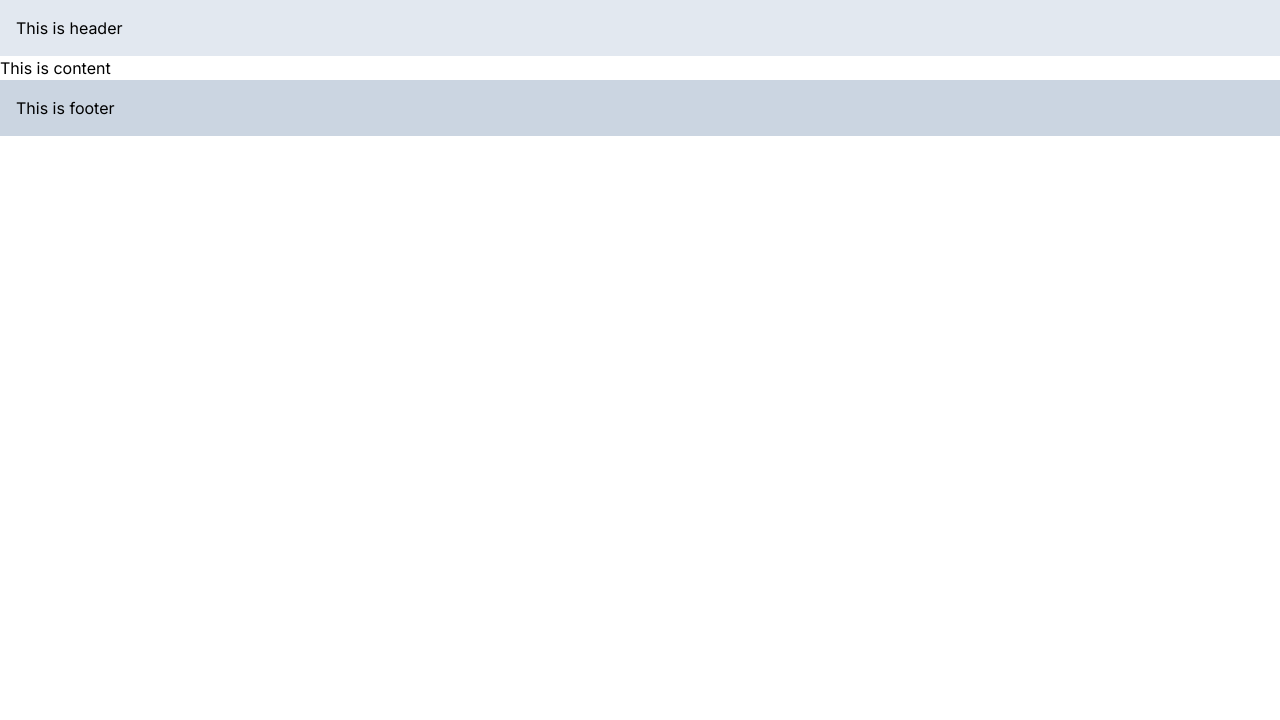
Repository: nirazanbasnet/test-react-swipeable
Page: /
These files come from the project's save history. The page is drawn as it stood at one moment and after a run of saves; the edit follows.
The browser window is 1280 px wide. The pictures show the whole page.
The project was rebuilt for these pictures with package versions that can differ from the ones it lists, and the page was loaded fresh each time. The framework's server and built-in components were replaced by stand-ins that run in the browser. Also part of the build but not shown: next.config.mjs.

Above is the page before, as saved 2024-02-07 09:44:01.

After the next 3 saves:
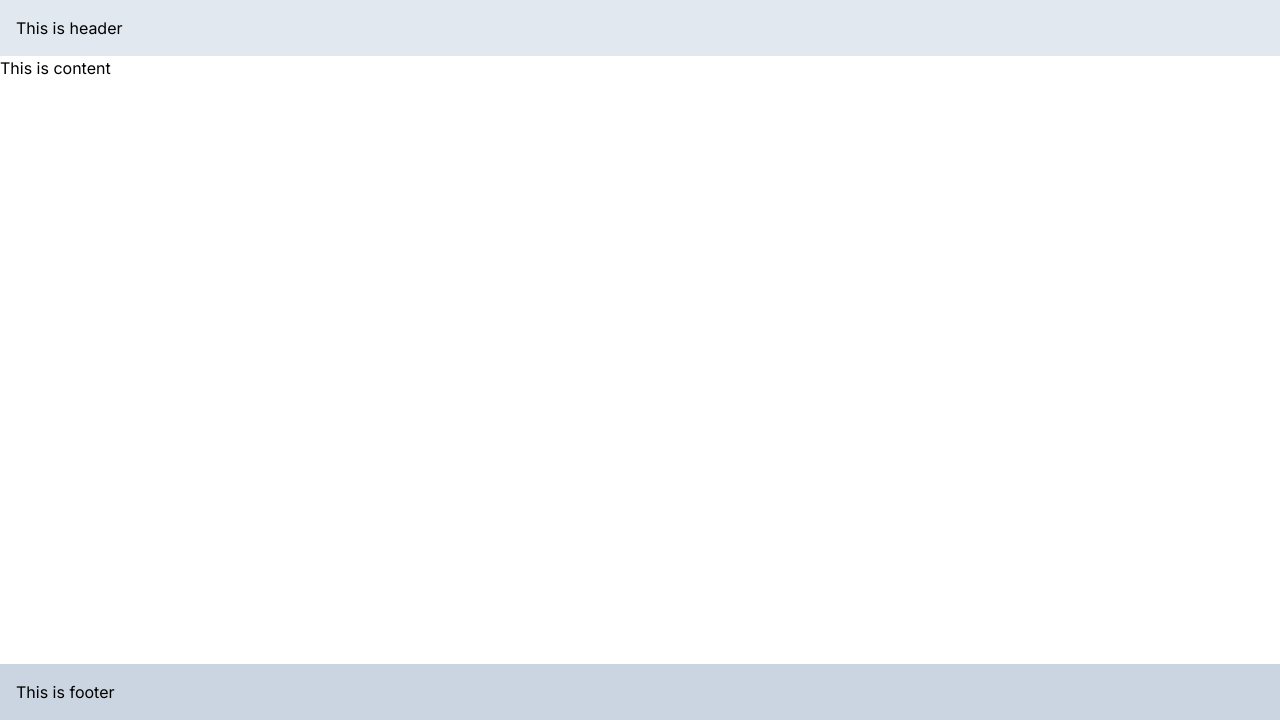
The 3 saves are shown as one change because they came seconds apart.
The last was saved 10 s later.
--- a/src/components/AppLayout.js
+++ b/src/components/AppLayout.js
@@ -3,12 +3,26 @@
 import { useEffect } from "react";
 
 export default function AppLayout({ children }) {
+    useEffect(() => {
+			const updateDocumentHeight = () => {
+				const doc = document.documentElement;
+				doc.style.setProperty("--doc-height", `${window.innerHeight}px`);
+			};
+
+			// Set the height initially and on window resize
+			window.addEventListener("resize", updateDocumentHeight);
+			updateDocumentHeight();
+
+			// Clean up the event listener when the component unmounts
+			return () => window.removeEventListener("resize", updateDocumentHeight);
+		}, []);
+
 	return (
 		<>
 			<header className="flex items-center px-4 h-14 bg-slate-200">
 				This is header
 			</header>
-			<main>{children}</main>
+			<main className="flex-1">{children}</main>
 			<footer className="flex items-center px-4 h-14 bg-slate-300">
 				This is footer
 			</footer>
